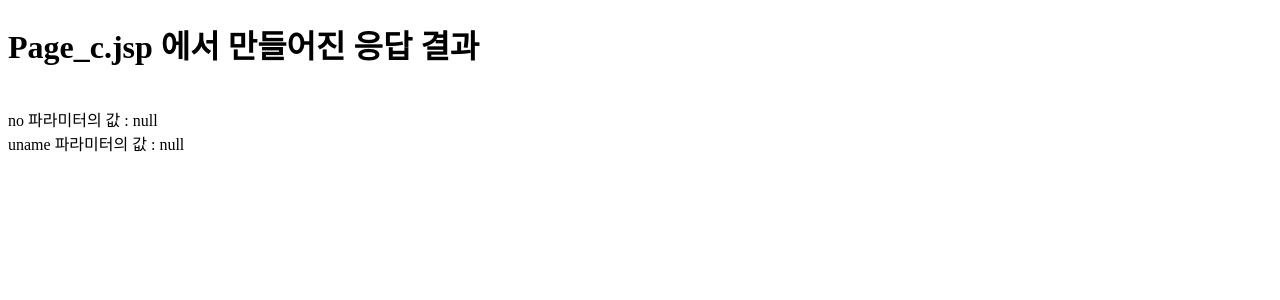
Repository: hhw9797/bitcampjn201904
Page: http://localhost/FirstWeb/actiontag/page_c.jsp
These files come from the project's save history. The page is drawn as it stood at one moment and after the next save; the edit follows.
The browser window is 1280 px wide. The pictures show the whole page.
The page is served by Tomcat 9. Other server files are loaded and not shown.

Above is the page before, as saved 2019-06-20 02:59:08.

### html/html5/jsp/FirstWeb/WebContent/actiontag/page_c.jsp
<%@ page language="java" contentType="text/html; charset=UTF-8"
    pageEncoding="UTF-8"%>
<!DOCTYPE html>
<html>
<head>
<meta charset="UTF-8">
<title>Insert title here</title>
<script src="https://code.jquery.com/jquery-1.12.4.js"></script>
<style>

</style>
</head>
<body>
	<h1>Page_c.jsp 에서 만들어진 응답 결과</h1>
		<br>
		no 파라미터의 값 : <%= request.getParameter("num") %>
		<br>
		uname 파라미터의 값 : <%= request.getParameter("username") %>
</body>
</html>

After the next save:
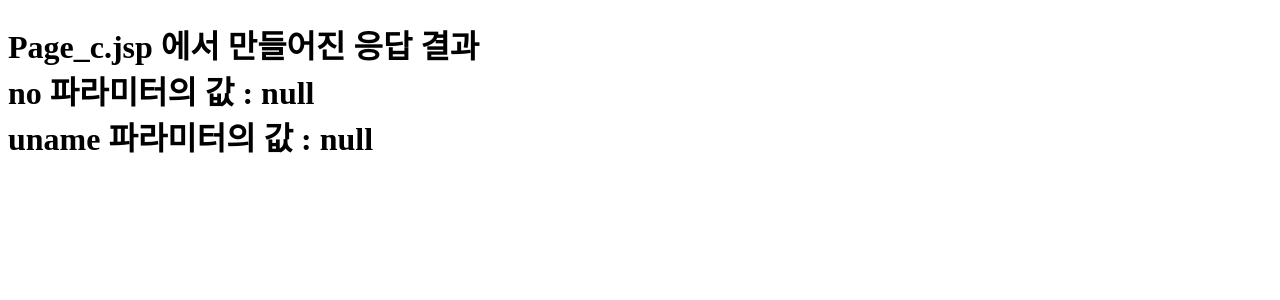
Saved 1 s later.
--- a/html/html5/jsp/FirstWeb/WebContent/actiontag/page_c.jsp
+++ b/html/html5/jsp/FirstWeb/WebContent/actiontag/page_c.jsp
@@ -11,10 +11,12 @@
 </style>
 </head>
 <body>
-	<h1>Page_c.jsp 에서 만들어진 응답 결과</h1>
+	<h1>
+		Page_c.jsp 에서 만들어진 응답 결과
 		<br>
 		no 파라미터의 값 : <%= request.getParameter("num") %>
 		<br>
 		uname 파라미터의 값 : <%= request.getParameter("username") %>
+	</h1>
 </body>
 </html>
